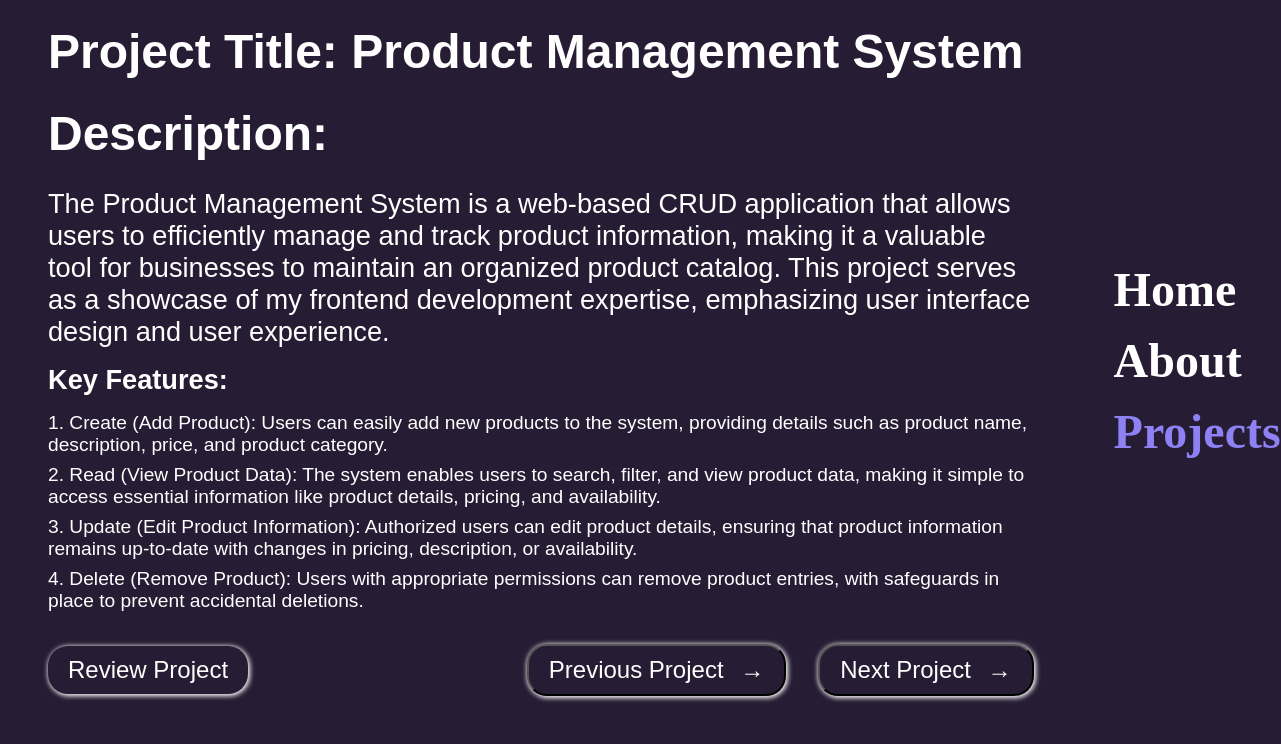
Repository: ahamdy997/portfolio
Page: /projects
An editor plug-in stored every save of this project. The page is shown before and after the next save, followed by the edit.
The browser window is 1280 px wide. The page is 1281 px wide, so the pictures cover 1281 px, including what lies to the right of the window. The pictures show the whole page.
The project was rebuilt for these pictures with package versions that can differ from the ones it lists, and the page was loaded fresh each time. Also part of the build but not shown: vue.config.js, src/components/HelloWorld.vue, src/views/HomeView.vue.

Above is the page before, as saved 2023-11-06 02:03:18.

After the next save:
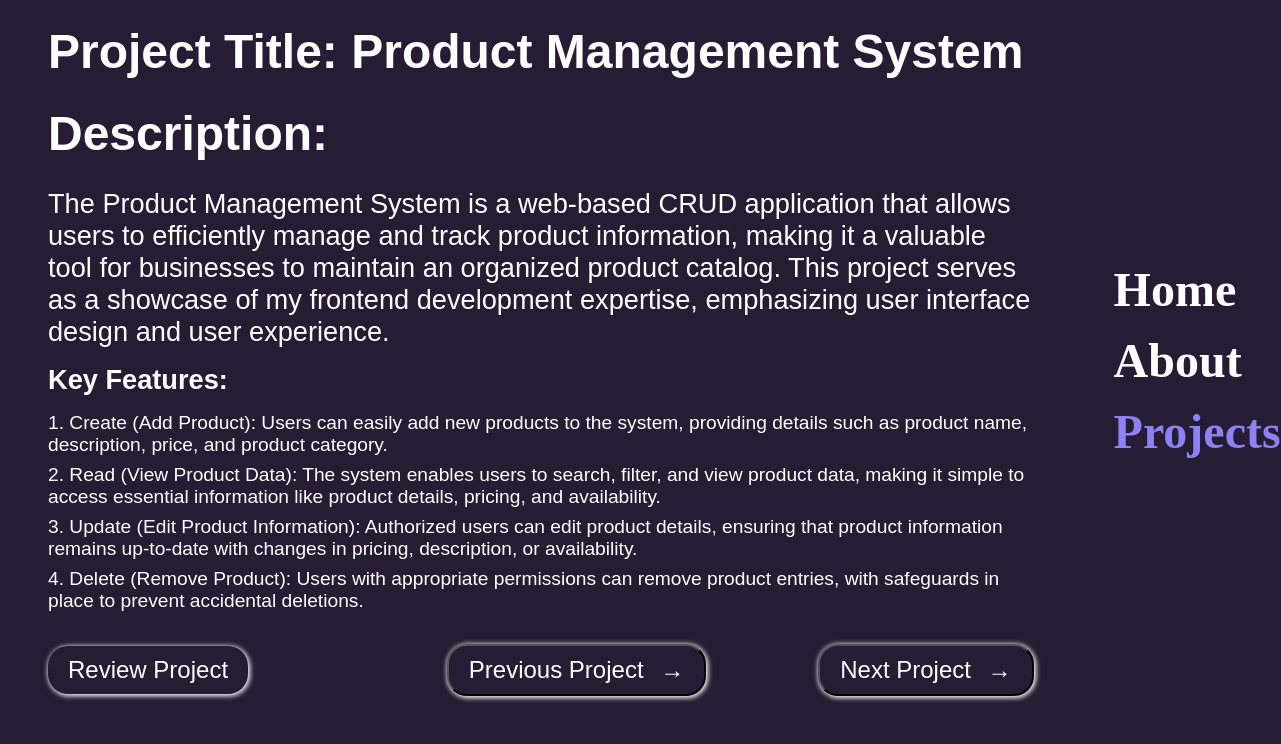
Saved 21 s later.
--- a/src/views/ProjectView.vue
+++ b/src/views/ProjectView.vue
@@ -47,7 +47,7 @@ span {
 }
 .control {
   display: flex;
-  gap: 2rem;
+  gap: 7rem;
 }
 </style>
 
